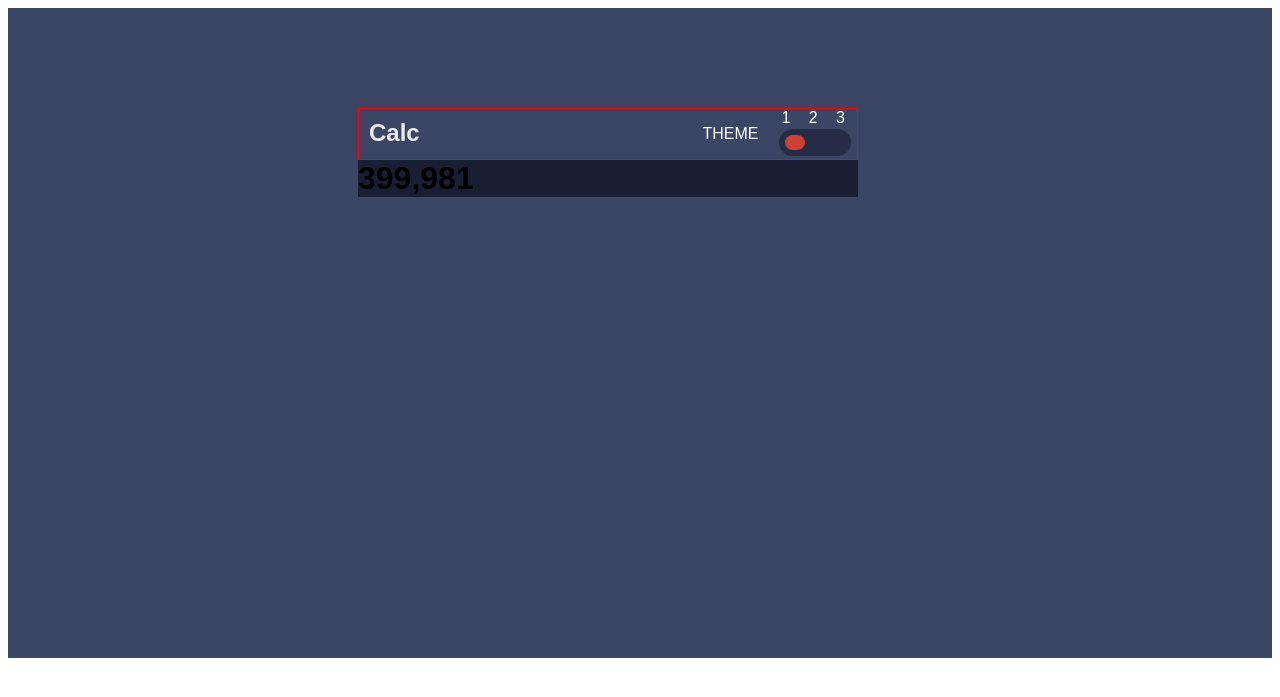
Repository: Bakyproit/Calcutor
Page: SimpleCalculatorApp.html
An editor plug-in stored every save of this project. The page is shown before and after the next save, followed by the edit.
The browser window is 1280 px wide. The pictures show the whole page.

Above is the page before, as saved 2022-02-09 16:04:32.

After the next save:
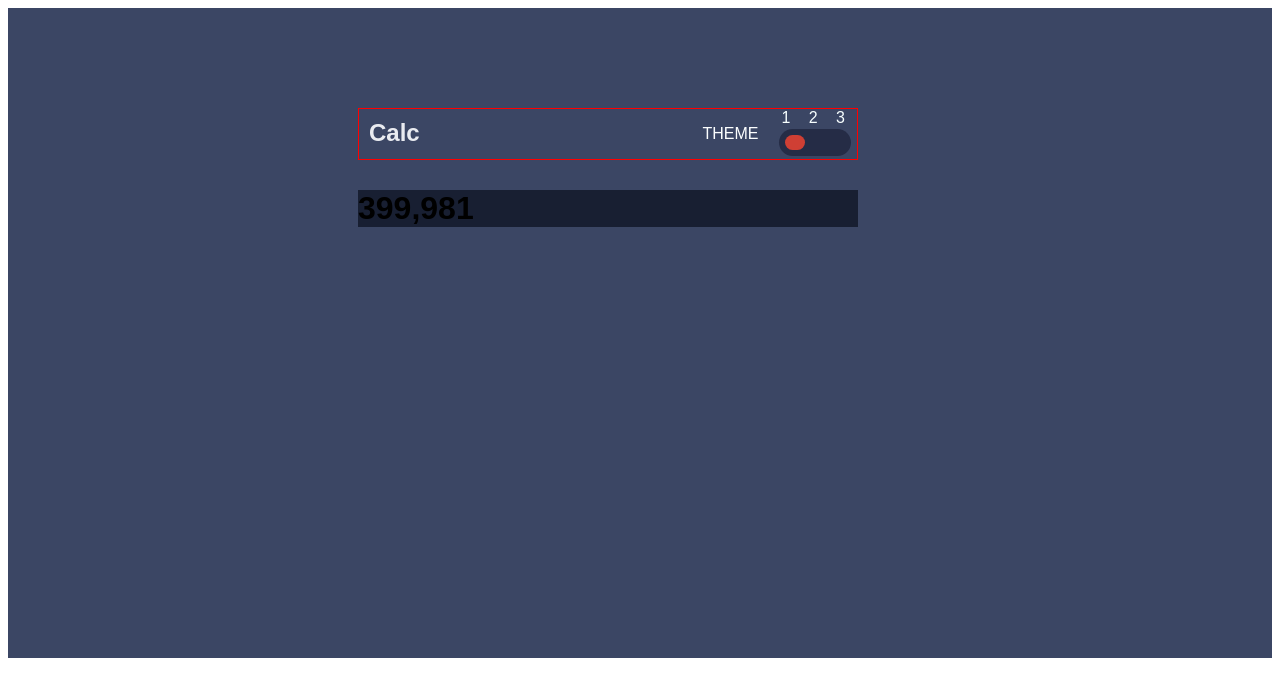
Saved 4 s later.
--- a/asset/App.css
+++ b/asset/App.css
@@ -91,7 +91,7 @@ h1{
 
 .app__content{
     background-color: #181f32;
-    margin:0;
+    margin:30px 0;
 }
 .app__content-number{
 
